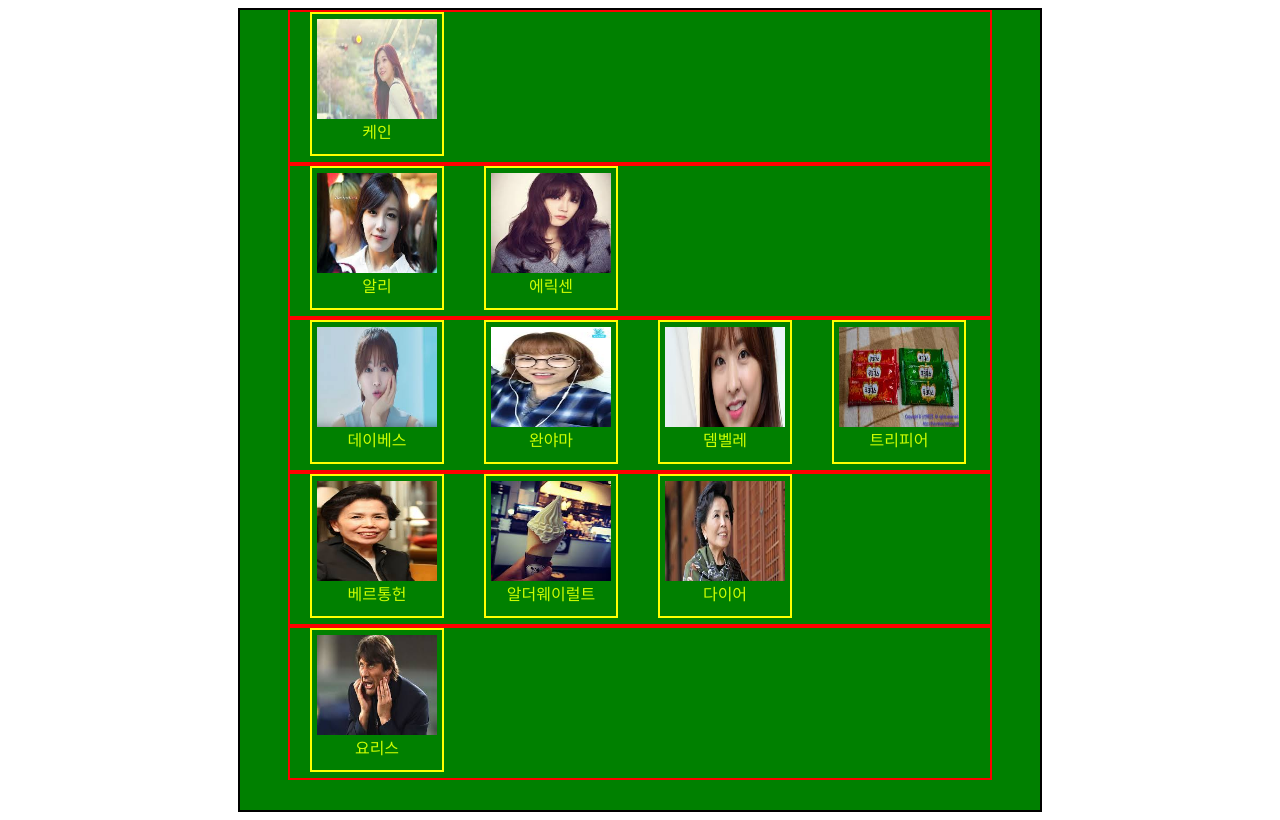
Repository: Leewonhoo/kostaweb
Page: project_div/WebContent/pomation.html
An editor plug-in stored every save of this project. The page is shown before and after the next save, followed by the edit.
The browser window is 1280 px wide. The pictures show the whole page.

Above is the page before, as saved 2017-09-11 10:06:34.

### project_div/WebContent/pomation.html
<!DOCTYPE html PUBLIC "-//W3C//DTD HTML 4.01 Transitional//EN" "http://www.w3.org/TR/html4/loose.dtd">
<html>
<head>
<meta http-equiv="Content-Type" content="text/html; charset=EUC-KR">
<title>Insert title here</title>
<link type="text/css" rel="stylesheet" href="css/common.css">
</head>
<body>

	<div id="team" align="center">
		<div class="line">
				<div class="position">
					<div><img alt="정은지1" src="images/jung1.jpg" title="정은지1"></div>
					<div class="text">케인</div>
				</div>
		</div>

		<div class="line">
				<div class="position">
					<div><img alt="정은지2" src="images/jung2.jpg" title="정은지2"></div>
					<div class="text">알리</div>
				</div>
				<div class="position">
					<div><img alt="정은지3" src="images/jung3.jpg" title="정은지3"></div>
					<div class="text">에릭센</div>
				</div>
		</div>

		<div class="line">
				<div class="position">
					<div><img alt="박보영1" src="images/park1.jpg" title="박보영1"></div>
					<div class="text">데이베스</div>
				</div>
				<div class="position">
					<div><img alt="박보영2" src="images/park2.jpg" title="박보영2"></div>
					<div class="text">완야마</div>
				</div>
				<div class="position">
					<div><img alt="박보영3" src="images/park3.jpg" title="박보영3"></div>
					<div class="text">뎀벨레</div>
				</div>
				<div class="position">
					<div><img alt="쿠쿠1" src="images/kuku1.jpg" title="쿠쿠1"></div>
					<div class="text">트리피어</div>
				</div>
		</div>
		<div class="line">
				<div class="position">
					<div><img alt="이미자1" src="images/leemi1.jpg" title="이미자1"></div>
					<div class="text">베르통헌</div>
				</div>
				<div class="position">
					<div><img alt="아이1" src="images/ice1.jpg" title="아이1"></div>
					<div class="text">알더웨이럴트</div>
				</div>
				<div class="position">
					<div><img alt="이미자2" src="images/leemi2.jpg" title="이미자2"></div>
					<div class="text">다이어</div>
				</div>
		</div>
		<div class="line">
				<div class="position">
					<div><img alt="콩테1" src="images/cong1.jpg" title="콩1"></div>
					<div class="text">요리스</div>
				</div>
		</div>
	</div>

</body>
</html>

### project_div/WebContent/css/common.css
/* external css */

a.common{
text-decoration: none;
font-size: 20px;
color: white;
}

img[src]{
	width: 120px;
	height: 100px;
	margin-top: 5px;
}

#team{
	width: 800px;
	height: 800px;
	background-color: green;
	border: 2px solid black;
	margin: 0 auto;
}
.line{
	width: 700px;
	height: 150px;
	border: 2px solid red;
	clear: both;
}
.position{
	width: 130px;
	height: 140px;
	float: left;
	margin: 0 20px;
	border: 2px solid yellow;
}
.text{
	text-align: center;
	color: #ccff00;
}

After the next save:
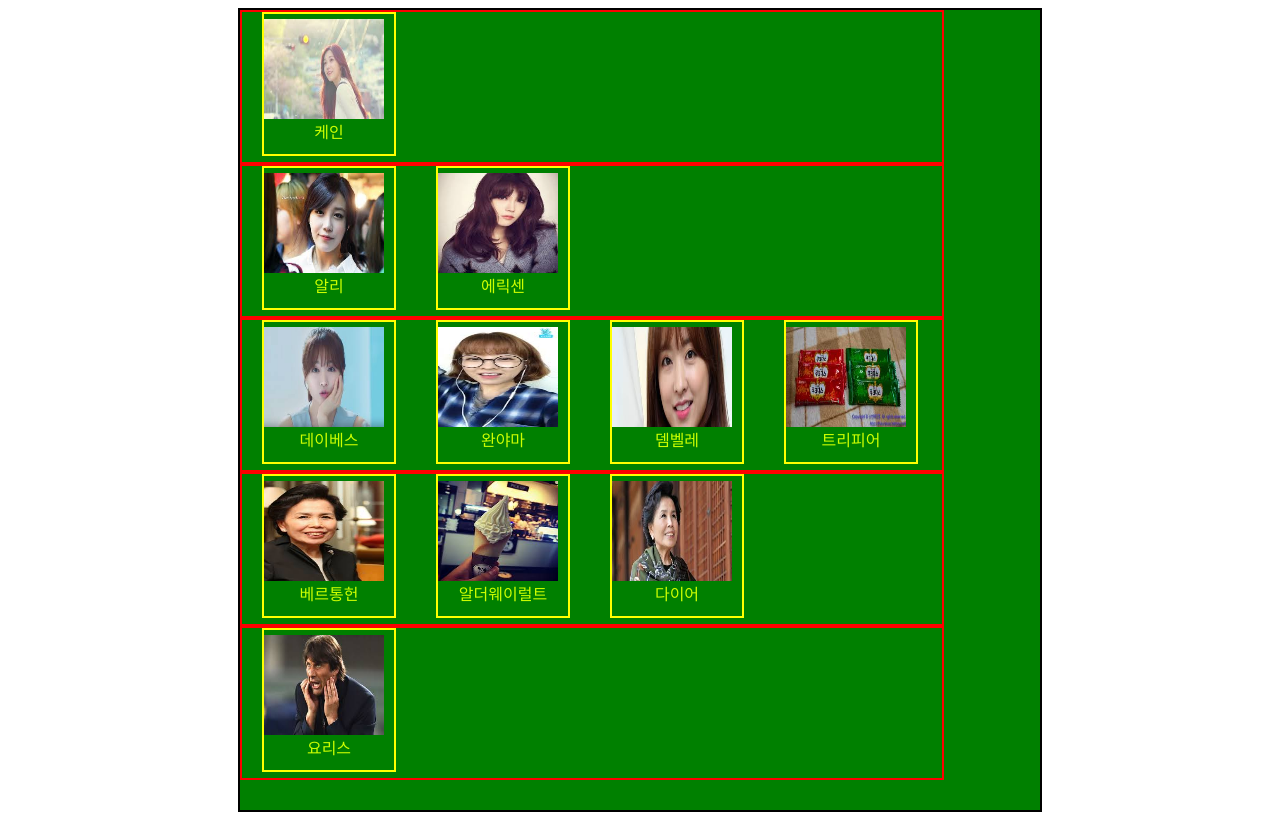
Saved 11 s later.
--- a/project_div/WebContent/pomation.html
+++ b/project_div/WebContent/pomation.html
@@ -7,7 +7,7 @@
 </head>
 <body>
 
-	<div id="team" align="center">
+	<div id="team">
 		<div class="line">
 				<div class="position">
 					<div><img alt="정은지1" src="images/jung1.jpg" title="정은지1"></div>

After the save that followed:
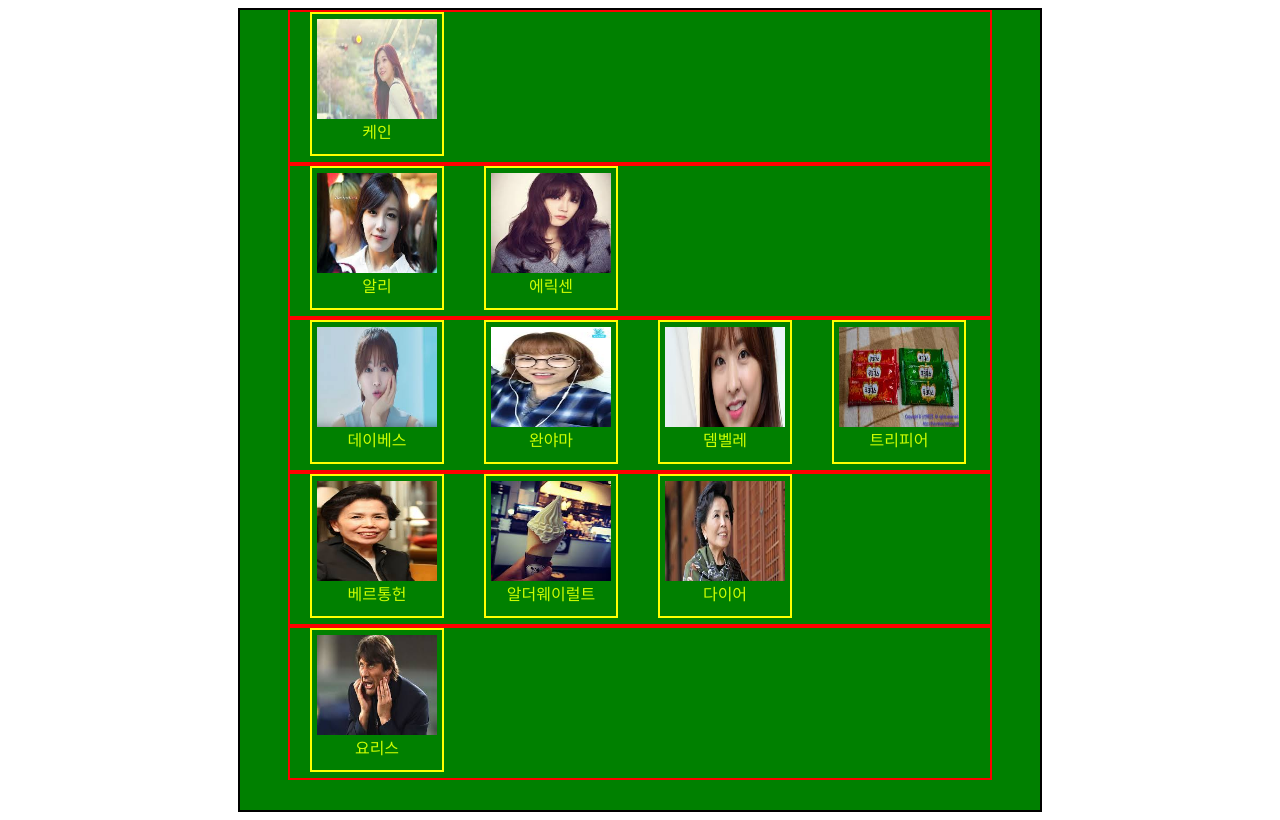
Saved 7 s later.
--- a/project_div/WebContent/pomation.html
+++ b/project_div/WebContent/pomation.html
@@ -7,7 +7,7 @@
 </head>
 <body>
 
-	<div id="team">
+	<div id="team" align="center">
 		<div class="line">
 				<div class="position">
 					<div><img alt="정은지1" src="images/jung1.jpg" title="정은지1"></div>
